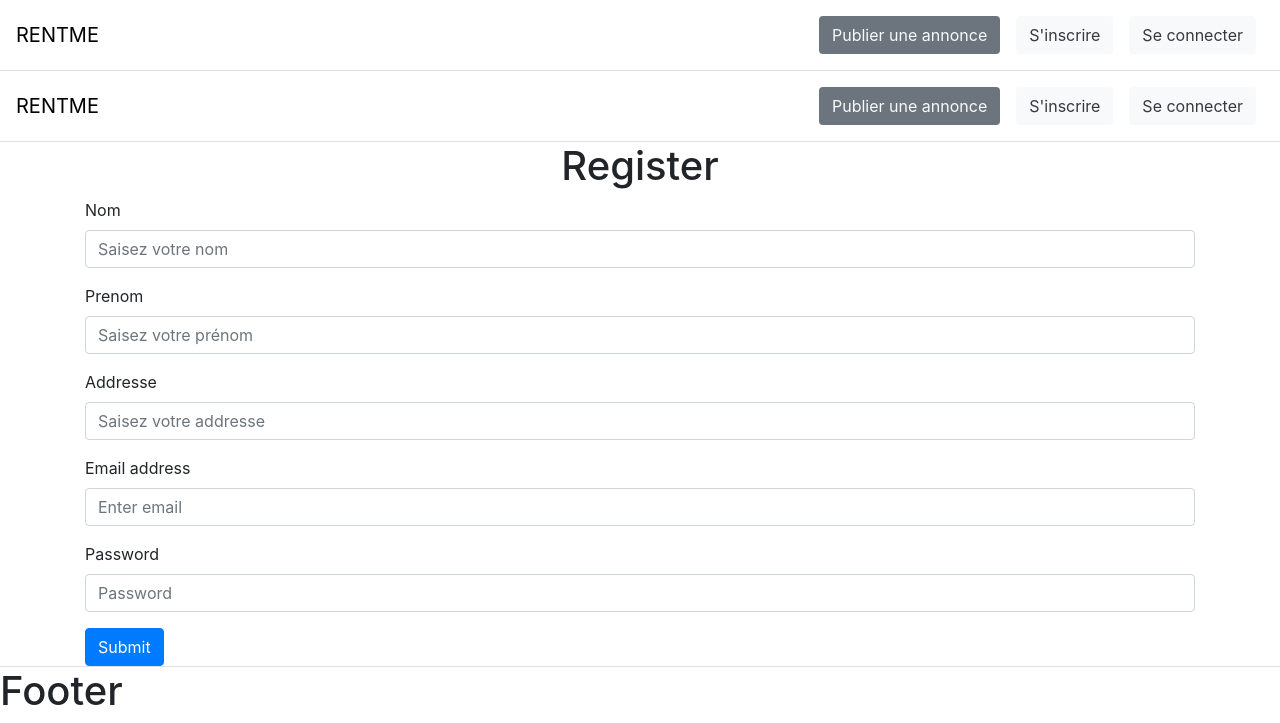
Repository: johan1412/rentme-front
Page: /register
The author's editor kept a copy of each file at every save. The page is drawn from the files as they stood at one save, then again after the next save.
The browser window is 1280 px wide. The pictures show the whole page.
The page's requests for data from a server got no answer. The project was rebuilt for these pictures with package versions that can differ from the ones it lists, and the page was loaded fresh each time. No one was signed in, and anything a server would have sent is missing. Also part of the build but not shown: vue.config.js, src/components/form/LoginForm.vue, src/components/pages/common/auth/LoginPage.vue, src/components/layout/Banner.vue, src/components/pages/common/HomePage.vue.

Above is the page before, as saved 2022-01-05 03:34:18.

After the next save:
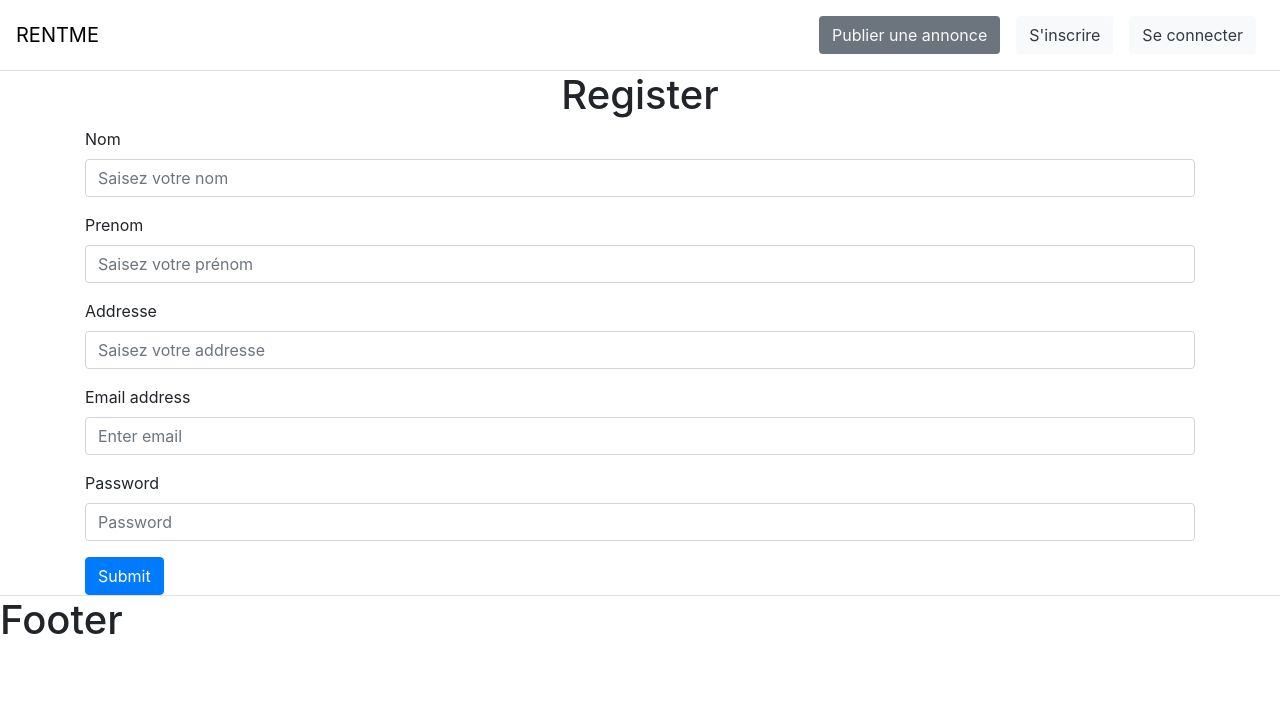
Saved 6 s later.
--- a/src/components/pages/common/auth/RegisterPage.vue
+++ b/src/components/pages/common/auth/RegisterPage.vue
@@ -1,6 +1,5 @@
 <template>
   <div>
-    <NavBar/>
     <h1 class="text-center">Register</h1>
     <RegisterForm />
   </div>
@@ -8,10 +7,8 @@
 
 <script>
 import RegisterForm from '../../../form/RegisterForm.vue';
-import NavBar from "../../../layout/NavBar.vue";
-
 export default {
-  components: { RegisterForm,NavBar },
+  components: { RegisterForm },
   name: "RegisterPage",
 };
 </script>
